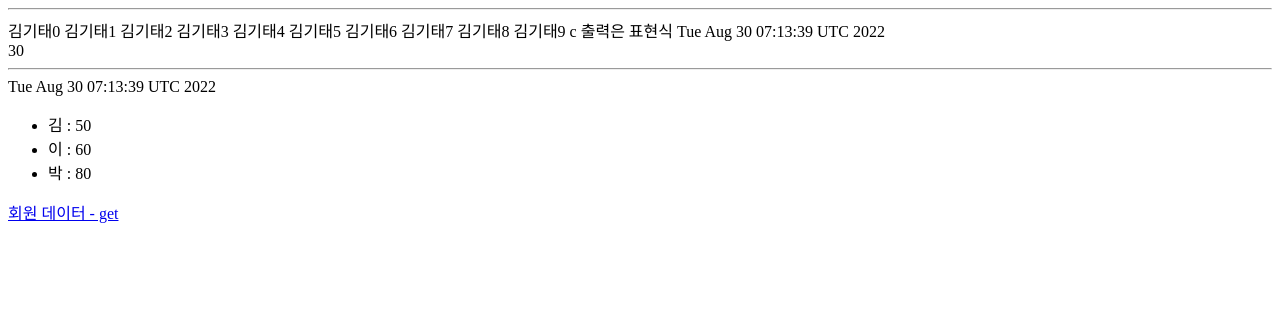
Repository: Show-And-Prove/jsp
Page: http://localhost/practice01/
The author's editor kept a copy of each file at every save. The page is drawn from the files as they stood at one save, then again after the next save.
The browser window is 1280 px wide. The pictures show the whole page.
The page is served by Tomcat 9. Other server files are loaded and not shown.

Above is the page before, as saved 2022-10-11 06:52:49.

### practice01/WebContent/index.jsp
<%@ page language="java" contentType="text/html; charset=UTF-8"
    pageEncoding="UTF-8"%>
<%@ page import="java.util.Date" %><!-- 페이지 디렉티브 -->
<!DOCTYPE html>
<html>
<head>
<meta charset="UTF-8">
<title>웹 문서 테스트</title>
</head>
<body>
<%!
	//선언문 - 객체, 변수, 메소드 선언시
	int[] jumsu = {50,60,80};
	String[] names = {"김","이","박"};
	int a = 20;
	int b = 30;
	Date now = new Date();
%>
<hr>
<%
	//처리 구문 -> 스크립트릿(scriptlet) : 자바코드
	int c;
	String name = "김기태";
	if(a>b){
		c = a;
	}else{
		c = b;
	}
	for(int d=0;d<10;d++){
		out.println(name+d);
	}
	out.println("c 출력은 표현식");
	out.println(now);
%>
<div id="result"><!-- 각주 -->
<%=c %>		<!-- 표현식 -->
<hr>
<%=now %>
<ul>
<%
	for(int e=0;e<3;e++){
%>
<li><%=names[e] %> : <%=jumsu[e] %></li>
<%
	}
%>
</ul>
<a href="test01.jsp?id=kkt&pw=1234&name=김기태">회원 데이터 - get</a>
</div>
</body>
</html>

After the next save:
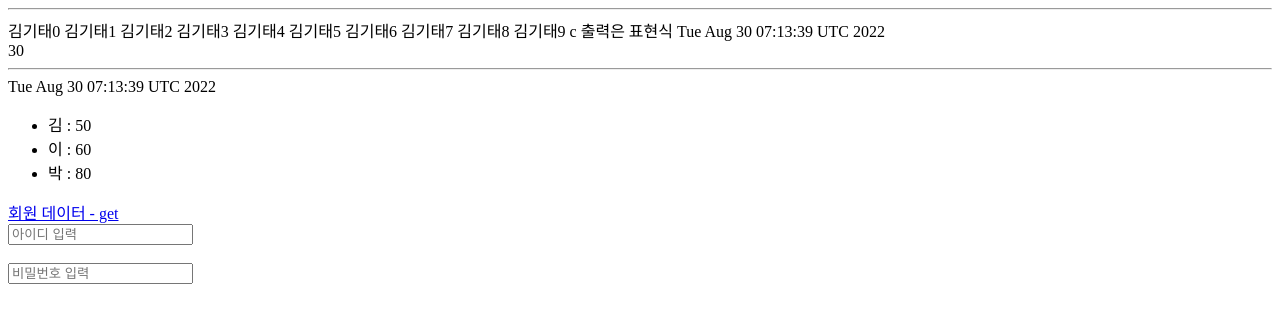
Saved 4 min 32 s later.
--- a/practice01/WebContent/index.jsp
+++ b/practice01/WebContent/index.jsp
@@ -46,6 +46,24 @@
 %>
 </ul>
 <a href="test01.jsp?id=kkt&pw=1234&name=김기태">회원 데이터 - get</a>
+<form action="test02.jsp" name="login_form">
+	<input name="id" id="id" placeholder="아이디 입력"><br><br>
+	<input type="password" name="pw" id="id" placeholder="비밀번호 입력"><br><br>
+
+</form>
+<div id="msg">
+<%
+	request.setCharacterEncoding("UTF-8");
+	String msg = request.getParameter("msg");
+%>
+<%
+	if(msg!=null){
+%>
+	<strong><%=msg %></strong>
+<%
+	}
+%>
+</div>
 </div>
 </body>
 </html>
